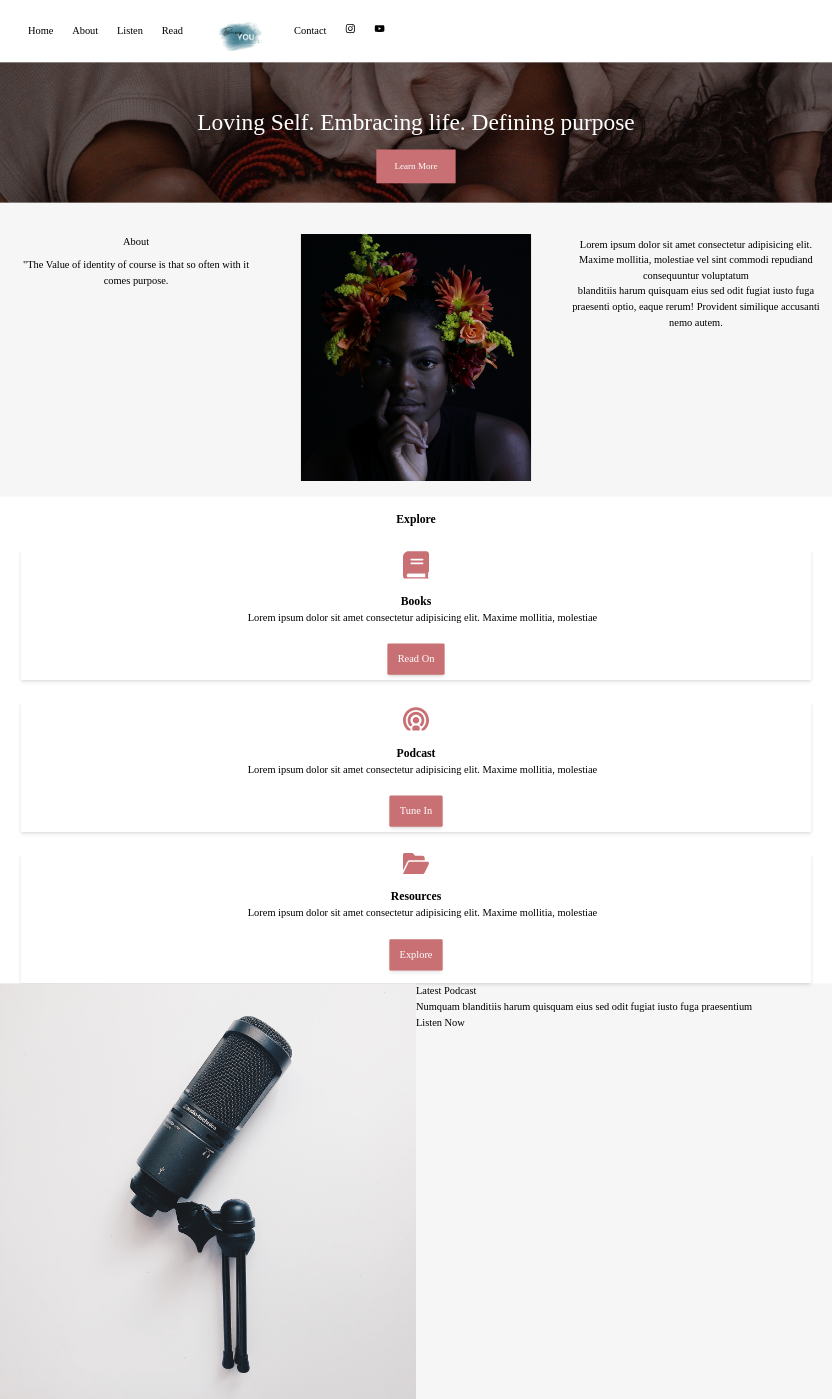
Repository: BrightonMboya/being-you
Page: /
An editor plug-in stored every save of this project. The page is shown before and after the next save, followed by the edit.
The browser window is 1280 px wide. The pictures show the whole page, at 65% of full size.
The project was rebuilt for these pictures with package versions that can differ from the ones it lists, and the page was loaded fresh each time.

Above is the page before, as saved 2022-05-28 17:18:15.

### src/index.css
@tailwind base;
@tailwind components;
@tailwind utilities;

@layer base {
    html {
        font-family: Cormorant Garamond;
    }
}

### src/App.js
import React from "react";
import NavBar from './Components/Navbar/NavBar';
import HeroSection from "./Components/Hero-Section/HeroSection";
import About from "./Components/About/About"
import Explore from "./Components/Podcast/Explore";
import Podcast from "./Components/Podcast/Podcast";

function App() {
  return (
    <React.Fragment>
     <NavBar/>
     <HeroSection/>
     <About/>
     <Explore/>
     <Podcast/>
    </React.Fragment>
  );
}

export default App;

### src/Components/Navbar/NavBar.jsx
import React, { useState } from 'react'
import { Link } from 'react-scroll'
import logo from '../../assets/logo.png'
import { FaBars, FaTimes, FaInstagram, FaYoutube } from 'react-icons/fa'

const NavBar = () => {
  const [nav, setNav] = useState(false)
  const handleClick = () => setNav(!nav)
  return (
    <React.Fragment>
      <div className="flex items-center justify-between shadow-md">
        <div className="md:hidden">
          <img src={logo} alt="" className="object-cover w-28 h-28" />
        </div>

        {/* menu */}
        <ul className="hidden md:flex gap-[4vh] ml-[6vh] mt-4">
          <li className="mt-5">
            <Link to="home" smooth={true} duration={500}>
              Home
            </Link>
          </li>
          <li className="mt-5">
            <Link to="about" smooth={true} duration={500}>
              About
            </Link>
          </li>
          <li className="mt-5">
            <Link to="listen" smooth={true} duration={500}>
              Listen
            </Link>
          </li>
          <li className="mt-5">
            <Link to="read" smooth={true} duration={500}>
              Read
            </Link>
          </li>
          <li>
            <img src={logo} alt="" className="object-cover w-30 h-20" />
          </li>
          <li className="mt-5">
            <Link to="contact" smooth={true} duration={500}>
              Contact
            </Link>
          </li>
          <li className="mt-5">
            <FaInstagram className="" />
          </li>
          <li className="mt-5">
            <FaYoutube />
          </li>
        </ul>

        {/* Hamburger Menu */}
        <div className="md:hidden z-10" onClick={handleClick}>
          {!nav ? (
            <FaBars className="text-2xl w-full mr-8" />
          ) : (
            <FaTimes className="text-3xl  mr-3" />
          )}
        </div>

        {/* mobile menu */}
        <ul
          className={
            !nav
              ? 'hidden'
              : 'absolute top-0 left-0 w-full h-[60vh] flex flex-col justify-center items-center'
          }
        >
          <li className="text-2xl py-5">
            <Link onClick={handleClick} to="home" smooth={true} duration={500}>
              Home
            </Link>
          </li>
          <li className="text-2xl">
            <Link to="about" smooth={true} duration={500}>
              About
            </Link>
          </li>
          <li className="text-2xl">
            <Link to="listen" smooth={true} duration={500}>
              Listen
            </Link>
          </li>
          <li className="text-2xl">
            <Link to="read" smooth={true} duration={500}>
              Read
            </Link>
          </li>

          <li className="text-2xl">
            <Link to="contact" smooth={true} duration={500}>
              Contact
            </Link>
          </li>
        </ul>
      </div>
    </React.Fragment>
  )
}

export default NavBar

### src/Components/Hero-Section/HeroSection.jsx
import React from 'react'
import hero from '../../assets/hero.png'

const HeroSection = () => {
  return (
    <div
      style={{
        backgroundImage: `url(${hero})`,
        objectPosition: 'cover',
      }}
      className="object-cover bg-cover bg-no-repeat h-[30vh] md:h-[30vh]"
    >
      <div className="flex flex-col items-center justify-center pt-[7vh]">
        <h3 className="text-center text-lg text-white font-medium py-[3vh] md:text-4xl">
          Loving Self. Embracing life. Defining purpose
        </h3>

        <button className="bg-[#C87073] text-white mb-5 px-5 py-1 text-sm md:py-4 px-7 text-lg">
          Learn More
        </button>
      </div>
    </div>
  )
}

export default HeroSection

### src/Components/About/About.jsx
import React from "react";
import about from "../../assets/about.jpg";

const About = () => {
  return (
    <div className="flex flex-col justify-center items-center bg-[#F6F6F6]">
      <div className="py-6 md:grid grid-cols-3 gap-3">
        <div className="mt-6">
          <h3 className="text-center">About</h3>
          <p className="text-center px-4 md:mt-3">
            "The Value of identity of course is that so often with it comes
            purpose.
          </p>
        </div>
        <img src={about} alt="" className="mt-6 px-8" />
        <p className="text-center px-3 text-sm mt-7 md:text-base">
          Lorem ipsum dolor sit amet consectetur adipisicing elit. Maxime
          mollitia, molestiae vel sint commodi repudiand consequuntur voluptatum
            <br/>
          blanditiis harum quisquam eius sed odit fugiat iusto fuga praesenti
          optio, eaque rerum! Provident similique accusanti nemo autem.
        </p>
      </div>
    </div>
  );
};

export default About;

### src/Components/Podcast/Explore.jsx
import React from "react";
import ExploreCard from "./ExploreCard";
import book from "../../assets/book.svg";
import podcast from "../../assets/podcast.svg";
import resources from "../../assets/resources.svg";

const Explore = () => {
  return (
    <div className="mt-5">
      <h3 className="text-center font-semibold text-lg">Explore</h3>
      <div className="flex flex-col px-8">
        <ExploreCard
          image={book}
          title="Books"
          description="Lorem ipsum dolor sit amet consectetur adipisicing elit. Maxime mollitia, molestiae "
          action="Read On"
        />
        <ExploreCard
          image={podcast}
          title="Podcast"
          description="Lorem ipsum dolor sit amet consectetur adipisicing elit. Maxime mollitia, molestiae "
          action="Tune In"
        />
        <ExploreCard
          image={resources}
          title="Resources"
          description="Lorem ipsum dolor sit amet consectetur adipisicing elit. Maxime mollitia, molestiae "
          action="Explore"
        />

      </div>
    </div>
  );
};

export default Explore;

### src/Components/Podcast/Podcast.jsx
import React from "react";
import mic from "../../assets/mic.jpg";

const Podcast = () => {
  return (
    <div className="bg-[#F6F6F6]">
      <div className="grid grid-cols-2">
        <img src={mic} alt=""  className="h-full "/>
        <div>
          <h3>Latest Podcast</h3>
          <p>
            Numquam blanditiis harum quisquam eius sed odit fugiat iusto fuga
            praesentium
          </p>

          <button>Listen Now</button>
        </div>
      </div>
    </div>
  );
};

export default Podcast;

### src/Components/Podcast/ExploreCard.jsx
import React from "react";

const ExploreCard = (props) => {
  return (
    <div className="mt-8">
      <div className="flex flex-col items-center shadow-md h-[28vh]">
        <img src={props.image} alt="" />
        <h3 className="mt-5 font-semibold text-lg">{props.title}</h3>
        <p className="ml-5">{props.description}</p>

        <button className="mt-7 bg-[#C87073] text-white px-4 py-3 rounded-sm shadow-md">{props.action}</button>
      </div>
    </div>
  );
};

export default ExploreCard;

Loaded but not shown: public/index.html (common file); src/index.js (common file); tailwind.config.js (common file)

After the next save:
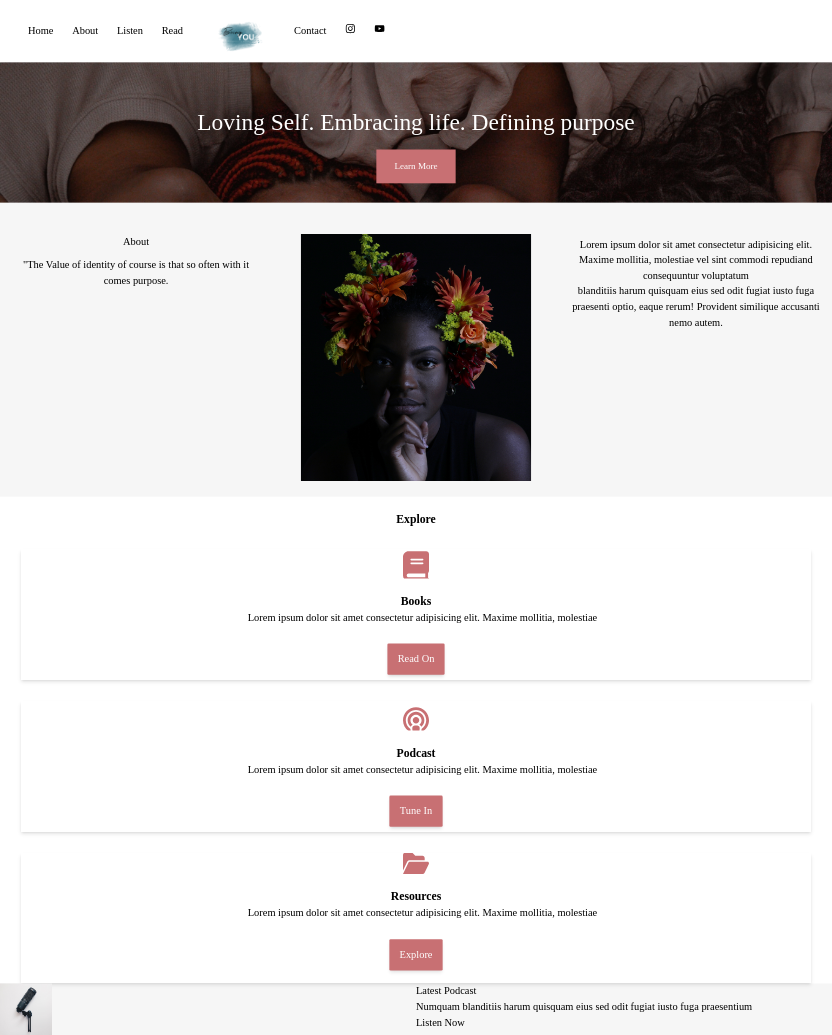
Saved 9 s later.
--- a/src/Components/Podcast/Podcast.jsx
+++ b/src/Components/Podcast/Podcast.jsx
@@ -5,7 +5,7 @@
   return (
     <div className="bg-[#F6F6F6]">
       <div className="grid grid-cols-2">
-        <img src={mic} alt=""  className="h-full "/>
+        <img src={mic} alt=""  className="h-full w-20"/>
         <div>
           <h3>Latest Podcast</h3>
           <p>

After the save that followed:
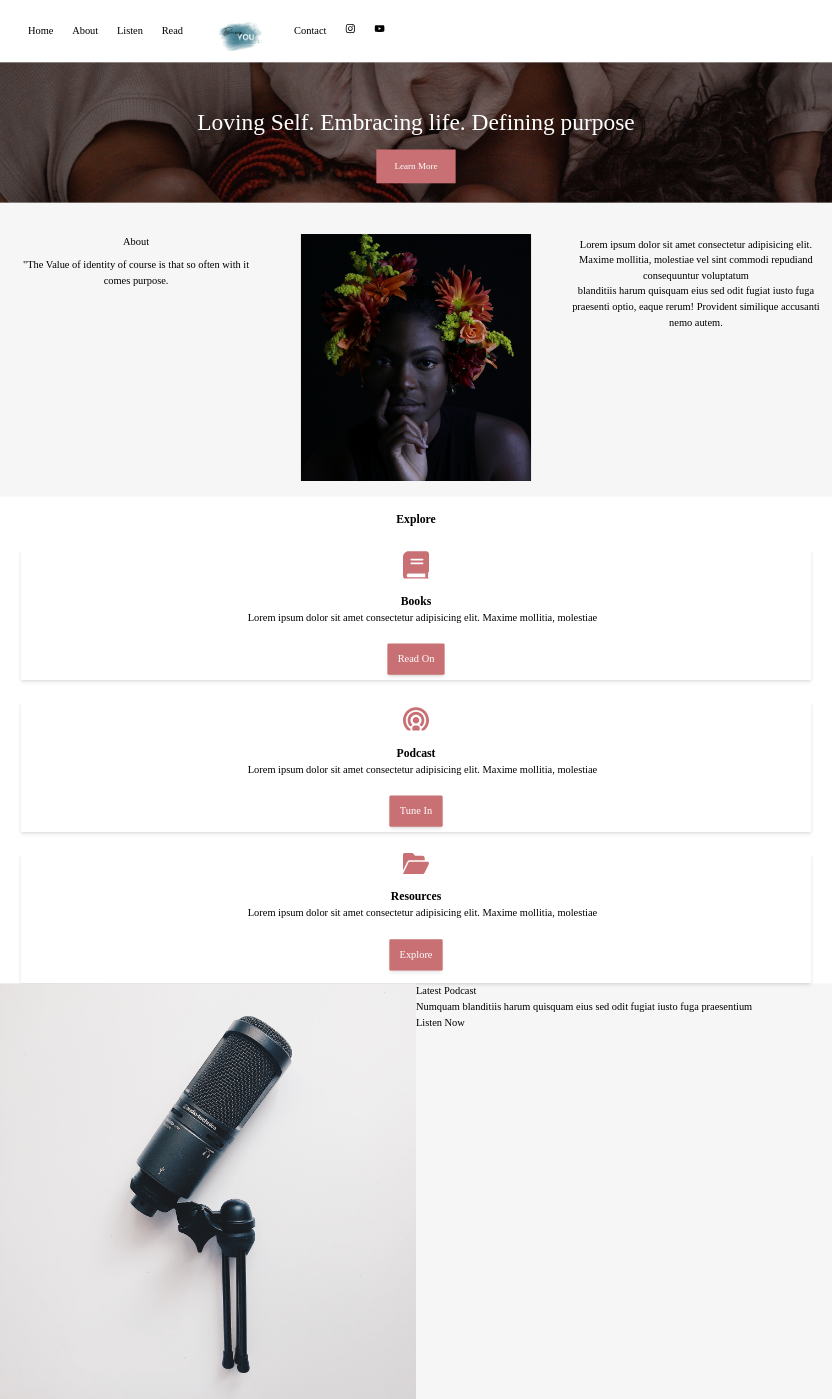
Saved 9 s later.
--- a/src/Components/Podcast/Podcast.jsx
+++ b/src/Components/Podcast/Podcast.jsx
@@ -5,7 +5,7 @@
   return (
     <div className="bg-[#F6F6F6]">
       <div className="grid grid-cols-2">
-        <img src={mic} alt=""  className="h-full w-20"/>
+        <img src={mic} alt=""  className="h-full w-30 object-cover"/>
         <div>
           <h3>Latest Podcast</h3>
           <p>
